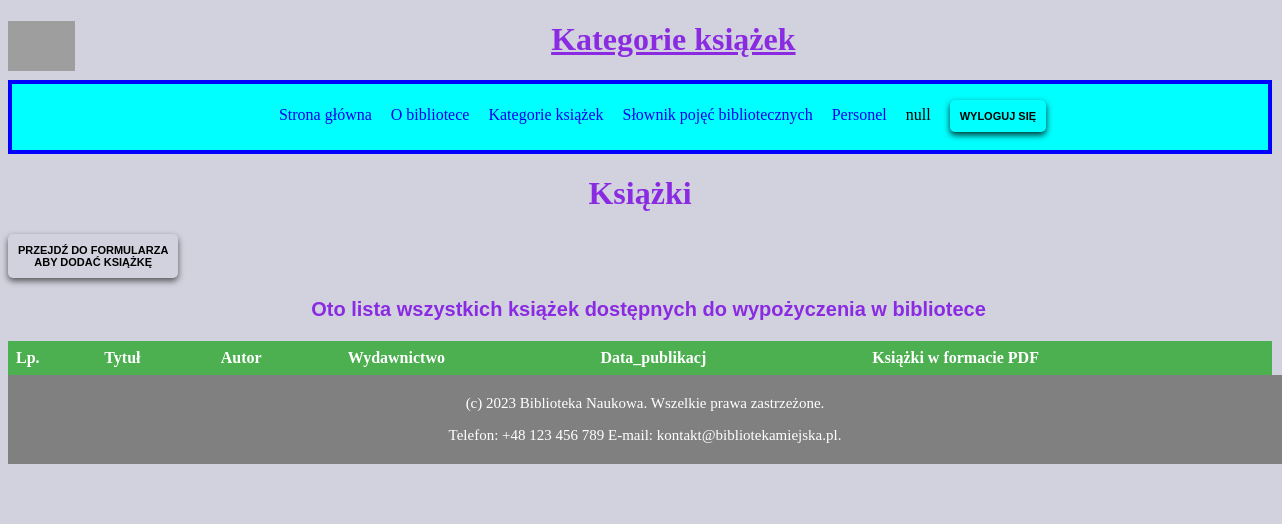
Repository: Dominik098/projekt
Page: http://localhost/biblioteka/C_Kategorie książek.jsp
These files come from the project's save history. The page is drawn as it stood at one moment and after the next save; the edit follows.
The browser window is 1280 px wide. The page is 1282 px wide, so the pictures cover 1282 px, including what lies to the right of the window. The pictures show the whole page.
Pictures or frames that could not be fetched are drawn as grey boxes. The page is served by Tomcat 9. Other server files are loaded and not shown. Queries for data that is not in the repository find no rows.

Above is the page before, as saved 2023-06-01 12:50:28.

### java projekt/biblioteka/src/main/webapp/C_Kategorie książek.jsp
<%@ page language="java" contentType="text/html; charset=UTF-8"%>


<%@ page import="java.sql.*" %>


 <!DOCTYPE html>
<html lang="en">

<head>
    <meta charset="UTF-8">
    <meta http-equiv="X-UA-Compatible" content="IE=edge">
    <meta name="viewport" content="width=device-width, initial-scale=1.0">
    <link rel="stylesheet" href="C_kategorie.css" type="text/css">

    <link rel="icon" type="image/png" href="3.png" sizes="96x96" />
    <title>Kategorie książek </title>



</head>

<body>
    <tr>
        <td align="center"><img src="logo.jpg" name="ksiazka" align="left" weight="90px" height="50px"></td>
    </tr>
    <h1>
        <center><u>Kategorie książek</u></center>
    </h1>
    <header>
        <nav>
            <ul>
                <li class="znacznik" ><a href="A_strona-gl.jsp">Strona główna</a></li>
                <li class="znacznik" ><a href="B_O bibiotece.jsp">O bibliotece</a></li>
                <li  class="znacznik"><a href="C_Kategorie książek.jsp">Kategorie książek </a></li>
                <!--   <li><a href="D_Wypożyczenia.jsp">Wypożyczane </a></li>-->
                <li class="znacznik"><a href="E_Słownik pojęć.jsp">Słownik pojęć bibliotecznych</a></li>
                <li class="znacznik"><a href="F_personel.jsp">Personel</a></li>
               <!-- <li class="znacznik"><a href="G_login.jsp">Logowanie</a></li>
                <li class="znacznik"><a href="H_rejestracja.jsp">Rejestracja</a></li>-->

                <li ><a > <%=session.getAttribute("email-login") %> </a></li>
                <li  ><a href= "logout"><button class="wyloguj" >Wyloguj się</button></a></li>


            </ul>

        </nav>

    </header>
	    <h1>Książki </h1>




 <a href="Dodaj_ksiazke.jsp"><button class="dodanie" onclick="return promptForPassword()">Przejdź do formularza<br> aby dodać książkę</button></a>



<script>
    // Funkcja sprawdzająca hasło
    function promptForPassword() {
        var password = prompt("Proszę wprowadzić hasło:");

        // Zamiana liter na kropki
        var maskedPassword = "";
        for (var i = 0; i < password.length; i++) {
            maskedPassword += "*";
        }

        // Wyświetlenie maskowanego hasła
        alert("Wprowadzone hasło: " + maskedPassword);

        // Sprawdzenie, czy wprowadzone hasło jest poprawne
        if (password === "1234") {
            return true; // Kontynuuj przekierowanie
        } else {
            alert("Nieprawidłowe hasło!"); // Wyświetl komunikat
            return false; // Zatrzymaj przekierowanie
        }
    }
</script>


    <h3>Oto lista wszystkich książek dostępnych do wypożyczenia w bibliotece </h3>

<table>
    <tr>
        <th>Lp.</th>
        <th>Tytuł</th>
        <th>Autor</th>
        <th>Wydawnictwo</th>
        <th>Data_publikacj</th>
        <th>Książki w formacie PDF</th>


    </tr>
    <%
        try {
            // Połączenie z bazą danych
            String url = "jdbc:mysql://localhost:3306/Biblioteka";
            String user = "root";
            String password = "P@ssw0rd";
            Connection conn = DriverManager.getConnection(url, user, password);

            // Zapytanie SQL
            String sql = "SELECT * FROM Książki";
            PreparedStatement ps = conn.prepareStatement(sql);
            ResultSet rs = ps.executeQuery();

            // Wyświetlenie wyników zapytania
            int i=0;
            while (rs.next()) { i++;
                String tytuł = rs.getString("tytuł");
                String autor = rs.getString("autor");
                String wydawnictwo = rs.getString("wydawnictwo");
                String data_publikacji = rs.getString("data_publikacji");
                String pdf_link = rs.getString("pdf");



    %>
        <tr>
            <td><%= i %></td>
            <td><%= tytuł %></td>
            <td><%= autor %></td>
            <td><%= wydawnictwo %></td>
            <td><%= data_publikacji %></td>
            <td>
    <a href="<%= request.getContextPath() + pdf_link %>" target="_blank" download><button class="pobierz">Pobierz książkę </button></a>
</td>


        </tr>
    <%
            }
            // Zamykanie połączenia z bazą danych
            rs.close();
            ps.close();
            conn.close();
        } catch (SQLException e) {
            e.printStackTrace();
        }
    %>
</table>





<script>
    // Funkcja pobierająca plik PDF
    function pobierzPDF(link) {
        window.location.href = link;
    }
</script>



    <footer>
        <p>(c) 2023 Biblioteka Naukowa. Wszelkie prawa zastrzeżone.</p>
        <p>Telefon: +48 123 456 789  E-mail: kontakt@bibliotekamiejska.pl.</p>

    </footer>



</body>

</html>

### java projekt/biblioteka/src/main/webapp/C_kategorie.css
body {
    background-color: rgb(210, 210, 222);

}

header {
    border: 4px;
    background-color: aqua;
    border: 4px solid blue;
    padding-bottom: 2px;
}



h1 {
    text-align: center;
    color: blueviolet;

}

h3 {
    text-align: center;
    margin-left: 17px;
    color: blueviolet;
    font-family: Arial;
    font-size: 20px;

}




ul li {
    display: inline;
    margin-left: 5px;
    padding: 5px;

}

ul {
    text-align: center;
}

a {
    padding-top: 5px;
    padding-bottom: 5px;
    text-decoration: none;
}






footer {
    text-align: center;
    font-size: 15px;
    color: white;
    background-color: gray;


    bottom: 0;
    margin-top: auto;
    width: 100%;
    padding: 5px;
}



table {
        background-color: #f9f9f9;
        border-collapse: collapse;
        width: 100%;
    }

    th, td {
        text-align: left;
        padding: 8px;
    }

    th {
        background-color: #4CAF50;
        color: white;
    }


    tr:hover {
  border-bottom: 2px solid red;
}


.pobierz{

  display: inline-block;
  padding: 10px 20px;
  font-size: 12px;
  font-weight: bold;
  text-align: center;
  text-transform: uppercase;
  color: #fff;
  background-color: #4CAF50;
  border: none;
  border-radius: 5px;
  box-shadow: 0 3px 6px rgba(0, 0, 0, 0.3);
  cursor: pointer;
  transition: background-color 0.3s ease;
}

.pobierz:hover {
  background-color: #0056b3;
}

.klik {
  background-color: transparent;
  border: none;
  cursor: pointer;
  background-color:  aqua;
  border: none;
  border-radius: 5px;
  box-shadow: 0 3px 6px rgba(0, 0, 0, 0.1);
  font-size: 11px;
  font-weight: bold;
  text-align: center;
}

.klik:hover {
  background-color: #0056b3;
  color: #ffffff;
}

.wyloguj{

  display: inline-block;
  padding: 10px 10px;
  font-size: 11px;
  font-weight: bold;
  text-align: center;
  text-transform: uppercase;
  color: black;
  background-color:  aqua;
  border: none;
  border-radius: 5px;
  box-shadow: 0 3px 6px rgba(0, 0, 0, 0.8);
  cursor: pointer;
  transition: background-color 0.3s ease;
}

.wyloguj:hover {
  background-color: #0056b3;
}
 .dodanie{
 display: inline-block;
  padding: 10px 10px;
  font-size: 11px;
  font-weight: bold;
  text-align: center;
  text-transform: uppercase;
  color: black;
  background-color:  rgb(210, 210, 222);
  border: none;
  border-radius: 5px;
  box-shadow: 0 3px 6px rgba(0, 0, 0, 0.6);
  cursor: pointer;
  transition: background-color 0.3s ease;

 }
 .dodanie:hover{
 background-color: #0056b3;
 }
#info{
	text-align: center;

}
 #info_przycisk {
        background-color: #4CAF50;
        color: #fff;
        border: none;
        padding: 5px 10px;
        border-radius: 4px;

        cursor: pointer;
        transition: background-color 0.3s ease;
    }

After the next save:
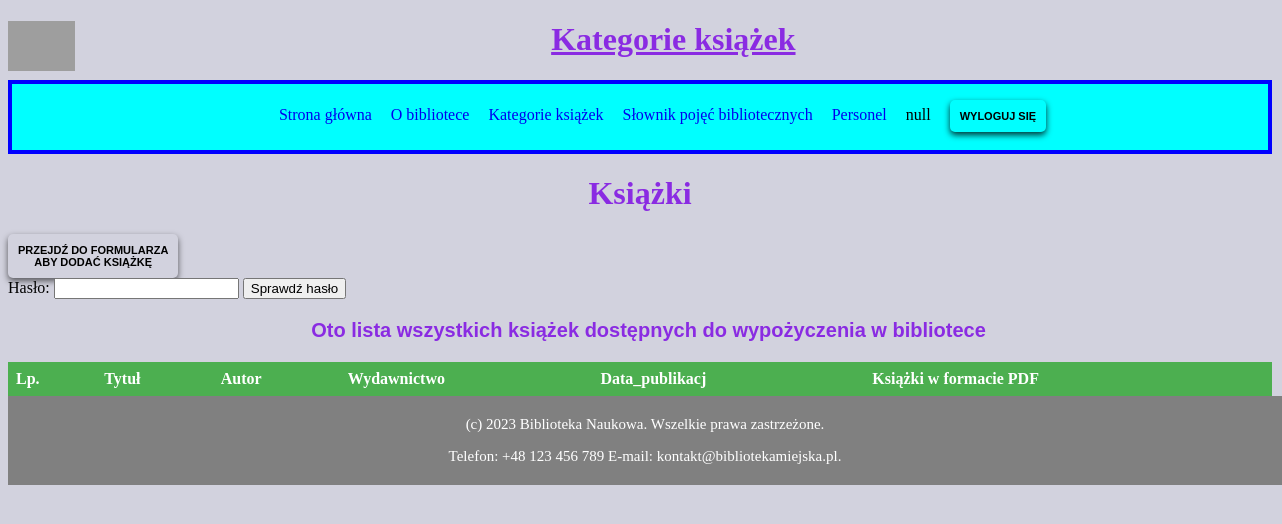
Saved 102 s later.
--- a/java projekt/biblioteka/src/main/webapp/C_Kategorie książek.jsp
+++ b/java projekt/biblioteka/src/main/webapp/C_Kategorie książek.jsp
@@ -62,15 +62,6 @@
     function promptForPassword() {
         var password = prompt("Proszę wprowadzić hasło:");
 
-        // Zamiana liter na kropki
-        var maskedPassword = "";
-        for (var i = 0; i < password.length; i++) {
-            maskedPassword += "*";
-        }
-
-        // Wyświetlenie maskowanego hasła
-        alert("Wprowadzone hasło: " + maskedPassword);
-
         // Sprawdzenie, czy wprowadzone hasło jest poprawne
         if (password === "1234") {
             return true; // Kontynuuj przekierowanie
@@ -81,6 +72,12 @@
     }
 </script>
 
+<!-- Formularz z polem tekstowym dla hasła -->
+<form>
+    <label>Hasło:</label>
+    <input type="password" id="password-input" />
+    <button onclick="promptForPassword()">Sprawdź hasło</button>
+</form>
 
     <h3>Oto lista wszystkich książek dostępnych do wypożyczenia w bibliotece </h3>
 

After the save that followed:
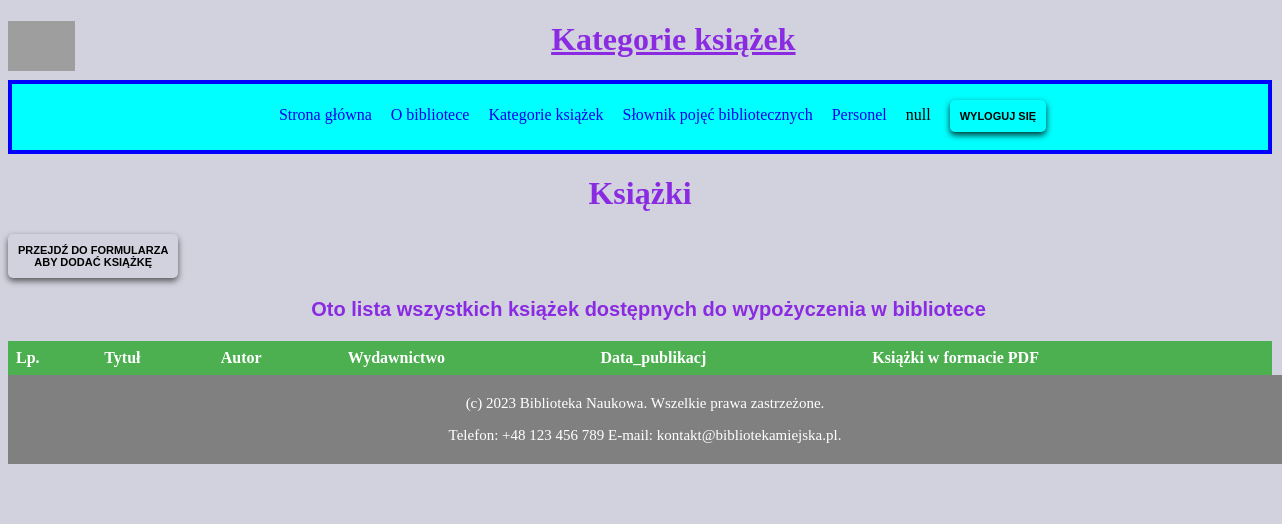
Saved 47 s later.
--- a/java projekt/biblioteka/src/main/webapp/C_Kategorie książek.jsp
+++ b/java projekt/biblioteka/src/main/webapp/C_Kategorie książek.jsp
@@ -58,26 +58,20 @@
 
 
 <script>
-    // Funkcja sprawdzająca hasło
-    function promptForPassword() {
-        var password = prompt("Proszę wprowadzić hasło:");
+        // Funkcja sprawdzająca hasło
+        function promptForPassword() {
+            var password = prompt("Proszę wprowadzić hasło:");
 
-        // Sprawdzenie, czy wprowadzone hasło jest poprawne
-        if (password === "1234") {
-            return true; // Kontynuuj przekierowanie
-        } else {
-            alert("Nieprawidłowe hasło!"); // Wyświetl komunikat
-            return false; // Zatrzymaj przekierowanie
+            // Sprawdzenie, czy wprowadzone hasło jest poprawne
+            if (password === "1234") {
+                return true; // Kontynuuj przekierowanie
+            } else {
+                alert("Nieprawidłowe hasło!"); // Wyświetl komunikat
+                return false; // Zatrzymaj przekierowanie
+            }
         }
-    }
-</script>
+    </script>
 
-<!-- Formularz z polem tekstowym dla hasła -->
-<form>
-    <label>Hasło:</label>
-    <input type="password" id="password-input" />
-    <button onclick="promptForPassword()">Sprawdź hasło</button>
-</form>
 
     <h3>Oto lista wszystkich książek dostępnych do wypożyczenia w bibliotece </h3>
 
